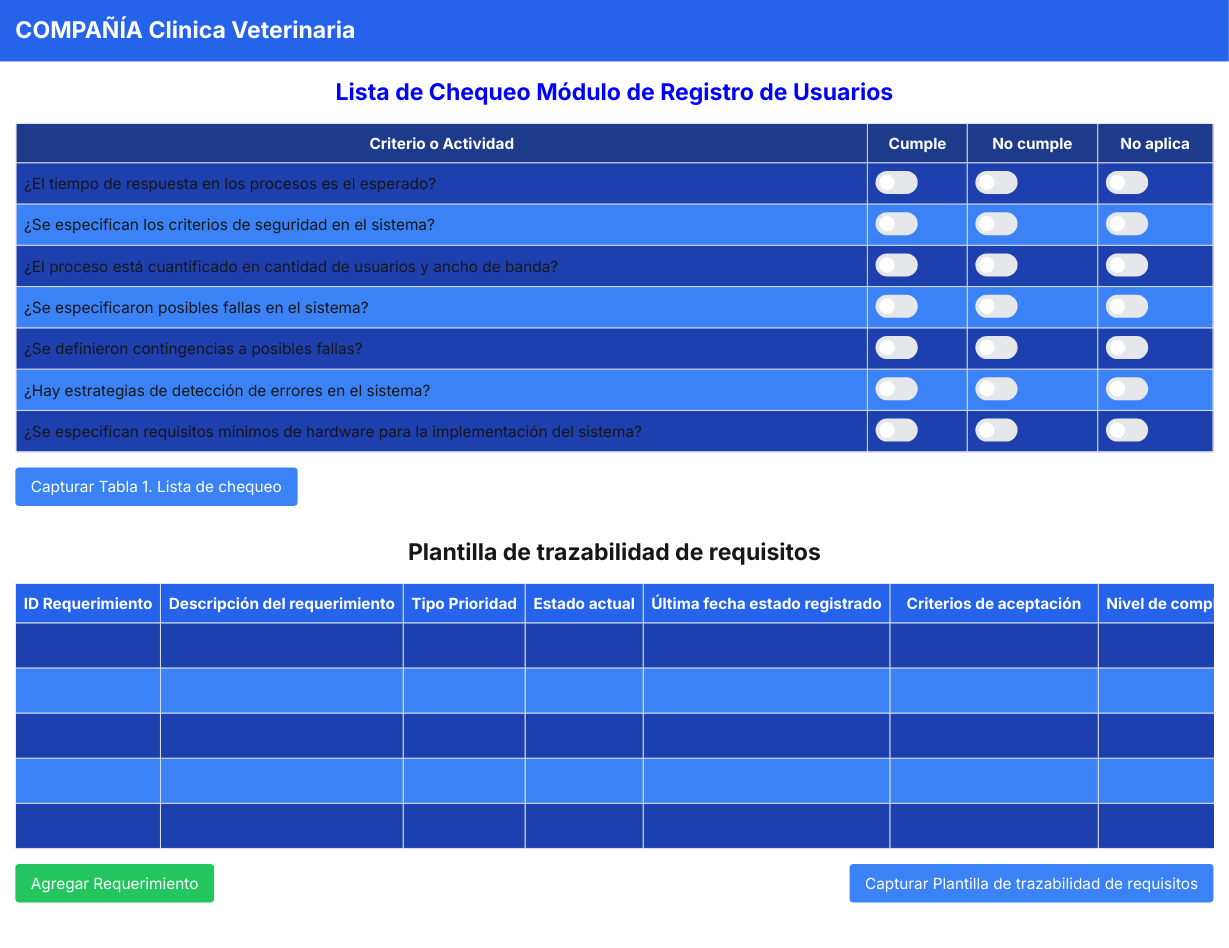
Repository: CiroAlfa/lista-de-Chequeo
Page: /
An editor plug-in stored every save of this project. The page is shown before and after the next save, followed by the edit.
The browser window is 1280 px wide. The pictures show the whole page, at 96% of full size.
The project was rebuilt for these pictures with package versions that can differ from the ones it lists, and the page was loaded fresh each time. The framework's server and built-in components were replaced by stand-ins that run in the browser. Also part of the build but not shown: next.config.mjs.

Above is the page before, as saved 2024-09-27 13:30:12.

### src/app/layout.tsx
import './globals.css'
import type { Metadata } from 'next'
import { Inter } from 'next/font/google'

const inter = Inter({ subsets: ['latin'] })

export const metadata: Metadata = {
  title: 'Checklist App - Clinica Veterinaria',
  description: 'Aplicación de chequeo y trazabilidad de requisitos',
}

export default function RootLayout({
  children,
}: {
  children: React.ReactNode
}) {
  return (
    <html lang="es">
      <body className={inter.className}>
        <header className="bg-blue-600 text-white p-4">
          <h1 className="text-2xl font-bold">COMPAÑÍA Clinica Veterinaria</h1>
        </header>
        {children}
      </body>
    </html>
  )
}

### src/app/page.tsx
'use client'

import { useState } from 'react'
import { Switch } from '@headlessui/react'
import html2canvas from 'html2canvas'

interface ChecklistItem {
  id: number
  criteria: string
  cumple: boolean
  noCumple: boolean
  noAplica: boolean
}

interface RequirementItem {
  id: string
  description: string
  priority: string
  status: string
  lastUpdated: string
  acceptanceCriteria: string
  complexity: string
  deliverables: string
  testScenarios: string
  stakeholder: string
}

const initialChecklist: ChecklistItem[] = [
  { id: 1, criteria: '¿El tiempo de respuesta en los procesos es el esperado?', cumple: false, noCumple: false, noAplica: false },
  { id: 2, criteria: '¿Se especifican los criterios de seguridad en el sistema?', cumple: false, noCumple: false, noAplica: false },
  { id: 3, criteria: '¿El proceso está cuantificado en cantidad de usuarios y ancho de banda?', cumple: false, noCumple: false, noAplica: false },
  { id: 4, criteria: '¿Se especificaron posibles fallas en el sistema?', cumple: false, noCumple: false, noAplica: false },
  { id: 5, criteria: '¿Se definieron contingencias a posibles fallas?', cumple: false, noCumple: false, noAplica: false },
  { id: 6, criteria: '¿Hay estrategias de detección de errores en el sistema?', cumple: false, noCumple: false, noAplica: false },
  { id: 7, criteria: '¿Se especifican requisitos mínimos de hardware para la implementación del sistema?', cumple: false, noCumple: false, noAplica: false },
]

const initialRequirements: RequirementItem[] = Array(5).fill(null).map((_, index) => ({
  id: ``,
  description: '',
  priority: '',
  status: '',
  lastUpdated: '',
  acceptanceCriteria: '',
  complexity: '',
  deliverables: '',
  testScenarios: '',
  stakeholder: '',
}))

export default function Home() {
  const [checklist, setChecklist] = useState<ChecklistItem[]>(initialChecklist)
  const [requirements, setRequirements] = useState<RequirementItem[]>(initialRequirements)

  const handleChecklistChange = (id: number, field: 'cumple' | 'noCumple' | 'noAplica') => {
    setChecklist(checklist.map(item => {
      if (item.id === id) {
        const newItem = { ...item, [field]: !item[field] }
        if (newItem[field]) {
          newItem.cumple = field === 'cumple'
          newItem.noCumple = field === 'noCumple'
          newItem.noAplica = field === 'noAplica'
        }
        return newItem
      }
      return item
    }))
  }

  const handleRequirementChange = (index: number, field: keyof RequirementItem, value: string) => {
    setRequirements(requirements.map((item, i) =>
      i === index ? { ...item, [field]: value } : item
    ))
  }

  const addRequirement = () => {
    setRequirements([...requirements, {
      id: '',
      description: '',
      priority: '',
      status: '',
      lastUpdated: '',
      acceptanceCriteria: '',
      complexity: '',
      deliverables: '',
      testScenarios: '',
      stakeholder: '',
    }])
  }

  const captureScreenshot = async (elementId: string, fileName: string) => {
    const element = document.getElementById(elementId)
    if (element) {
      const canvas = await html2canvas(element)
      const image = canvas.toDataURL('image/png')
      const link = document.createElement('a')
      link.href = image
      link.download = fileName
      link.click()
    }
  }

  return (
    <main className="container mx-auto p-4">
      <div className="mb-8" id="checklist-table">
        <h2 className="text-2xl font-bold mb-4 text-center" style={{ color: 'blue' }}>Lista de Chequeo Módulo de Registro de Usuarios</h2>
        <table className="w-full border-collapse">
          <thead>
            <tr className="bg-blue-900 text-white">
              <th className="border p-2">Criterio o Actividad</th>
              <th className="border p-2">Cumple</th>
              <th className="border p-2">No cumple</th>
              <th className="border p-2">No aplica</th>
            </tr>
          </thead>
          <tbody>
            {checklist.map((item, index) => (
              <tr key={item.id} className={index % 2 === 0 ? 'bg-blue-800' : 'bg-blue-500'}>
                <td className="border p-2">{item.criteria}</td>
                <td className="border p-2">
                  <Switch
                    checked={item.cumple}
                    onChange={() => handleChecklistChange(item.id, 'cumple')}
                    className={`${item.cumple ? 'bg-blue-600' : 'bg-gray-200'} relative inline-flex h-6 w-11 items-center rounded-full`}
                  >
                    <span className={`${item.cumple ? 'translate-x-6' : 'translate-x-1'} inline-block h-4 w-4 transform rounded-full bg-white transition`} />
                  </Switch>
                </td>
                <td className="border p-2">
                  <Switch
                    checked={item.noCumple}
                    onChange={() => handleChecklistChange(item.id, 'noCumple')}
                    className={`${item.noCumple ? 'bg-blue-600' : 'bg-gray-200'} relative inline-flex h-6 w-11 items-center rounded-full`}
                  >
                    <span className={`${item.noCumple ? 'translate-x-6' : 'translate-x-1'} inline-block h-4 w-4 transform rounded-full bg-white transition`} />
                  </Switch>
                </td>
                <td className="border p-2">
                  <Switch
                    checked={item.noAplica}
                    onChange={() => handleChecklistChange(item.id, 'noAplica')}
                    className={`${item.noAplica ? 'bg-blue-600' : 'bg-gray-200'} relative inline-flex h-6 w-11 items-center rounded-full`}
                  >
                    <span className={`${item.noAplica ? 'translate-x-6' : 'translate-x-1'} inline-block h-4 w-4 transform rounded-full bg-white transition`} />
                  </Switch>
                </td>
              </tr>
            ))}
          </tbody>
        </table>
        <button
          onClick={() => captureScreenshot('checklist-table', 'lista-de-chequeo.png')}
          className="mt-4 bg-blue-500 text-white px-4 py-2 rounded hover:bg-blue-600 transition-colors"
        >
          Capturar Tabla 1. Lista de chequeo
        </button>
      </div>

      <div className="mb-8" id="requirements-table">
        <h2 className="text-2xl font-bold mb-4 text-center">Plantilla de trazabilidad de requisitos</h2>
        <div className="overflow-x-auto">
          <table className="w-full border-collapse">
            <thead>
              <tr className="bg-blue-600 text-white">
                <th className="border p-2 whitespace-nowrap">ID Requerimiento</th>
                <th className="border p-2 whitespace-nowrap">Descripción del requerimiento</th>
                <th className="border p-2 whitespace-nowrap">Tipo Prioridad</th>
                <th className="border p-2 whitespace-nowrap">Estado actual</th>
                <th className="border p-2 whitespace-nowrap">Última fecha estado registrado</th>
                <th className="border p-2 whitespace-nowrap">Criterios de aceptación</th>
                <th className="border p-2 whitespace-nowrap">Nivel de complejidad</th>
                <th className="border p-2 whitespace-nowrap">Entregables</th>
                <th className="border p-2 whitespace-nowrap">Escenarios de pruebas</th>
                <th className="border p-2 whitespace-nowrap">Interesado en el requisito</th>
              </tr>
            </thead>
            <tbody>
              {requirements.map((item, index) => (
                <tr key={index} className={index % 2 === 0 ? 'bg-blue-800' : 'bg-blue-500'}>
                  <td className="border p-2">
                    <input
                      type="text"
                      value={item.id}
                      onChange={(e) => handleRequirementChange(index, 'id', e.target.value)}
                      className="w-full bg-transparent min-w-[100px]"
                    />
                  </td>
                  <td className="border p-2">
                    <textarea
                      value={item.description}
                      onChange={(e) => handleRequirementChange(index, 'description', e.target.value)}
                      className="w-full bg-transparent min-w-[200px] resize-none overflow-hidden"
                      rows={1}
                      onInput={(e) => {
                        e.currentTarget.style.height = 'auto'
                        e.currentTarget.style.height = e.currentTarget.scrollHeight + 'px'
                      }}
                    />
                  </td>
                  <td className="border p-2">
                    <input
                      type="text"
                      value={item.priority}
                      onChange={(e) => handleRequirementChange(index, 'priority', e.target.value)}
                      className="w-full bg-transparent min-w-[100px]"
                    />
                  </td>
                  <td className="border p-2">
                    <input
                      type="text"
                      value={item.status}
                      onChange={(e) => handleRequirementChange(index, 'status', e.target.value)}
                      className="w-full bg-transparent min-w-[100px]"
                    />
                  </td>
                  <td className="border p-2">
                    <input
                      type="text"
                      value={item.lastUpdated}
                      onChange={(e) => handleRequirementChange(index, 'lastUpdated', e.target.value)}
                      className="w-full bg-transparent min-w-[100px]"
                    />
                  </td>
                  <td className="border p-2">
                    <textarea
                      value={item.acceptanceCriteria}
                      onChange={(e) => handleRequirementChange(index, 'acceptanceCriteria', e.target.value)}
                      className="w-full bg-transparent min-w-[200px] resize-none overflow-hidden"
                      rows={1}
                      onInput={(e) => {
                        e.currentTarget.style.height = 'auto'
                        e.currentTarget.style.height = e.currentTarget.scrollHeight + 'px'
                      }}
                    />
                  </td>
                  <td className="border p-2">
                    <input
                      type="text"
                      value={item.complexity}
                      onChange={(e) => handleRequirementChange(index, 'complexity', e.target.value)}
                      className="w-full bg-transparent min-w-[100px]"
                    />
                  </td>
                  <td className="border p-2">
                    <textarea
                      value={item.deliverables}
                      onChange={(e) => handleRequirementChange(index, 'deliverables', e.target.value)}
                      className="w-full bg-transparent min-w-[200px] resize-none overflow-hidden"
                      rows={1}
                      onInput={(e) => {
                        e.currentTarget.style.height = 'auto'
                        e.currentTarget.style.height = e.currentTarget.scrollHeight + 'px'
                      }}
                    />
                  </td>
                  <td className="border p-2">
                    <textarea
                      value={item.testScenarios}
                      onChange={(e) => handleRequirementChange(index, 'testScenarios', e.target.value)}
                      className="w-full bg-transparent min-w-[200px] resize-none overflow-hidden"
                      rows={1}
                      onInput={(e) => {
                        e.currentTarget.style.height = 'auto'
                        e.currentTarget.style.height = e.currentTarget.scrollHeight + 'px'
                      }}
                    />
                  </td>
                  <td className="border p-2">
                    <input
                      type="text"
                      value={item.stakeholder}
                      onChange={(e) => handleRequirementChange(index, 'stakeholder', e.target.value)}
                      className="w-full bg-transparent min-w-[100px]"
                    />
                  </td>
                </tr>
              ))}
            </tbody>
          </table>
        </div>
        <div className="mt-4 flex justify-between">
          <button
            onClick={addRequirement}
            className="bg-green-500 text-white px-4 py-2 rounded hover:bg-green-600 transition-colors"
          >
            Agregar Requerimiento
          </button>
          <button
            onClick={() => captureScreenshot('requirements-table', 'plantilla-trazabilidad-requisitos.png')}
            className="bg-blue-500 text-white px-4 py-2 rounded hover:bg-blue-600 transition-colors"
          >
            Capturar Plantilla de trazabilidad de requisitos
          </button>
        </div>
      </div>
    </main>
  )
}

Loaded but not shown: src/app/globals.css (common file); tailwind.config.ts (common file)

After the next save:
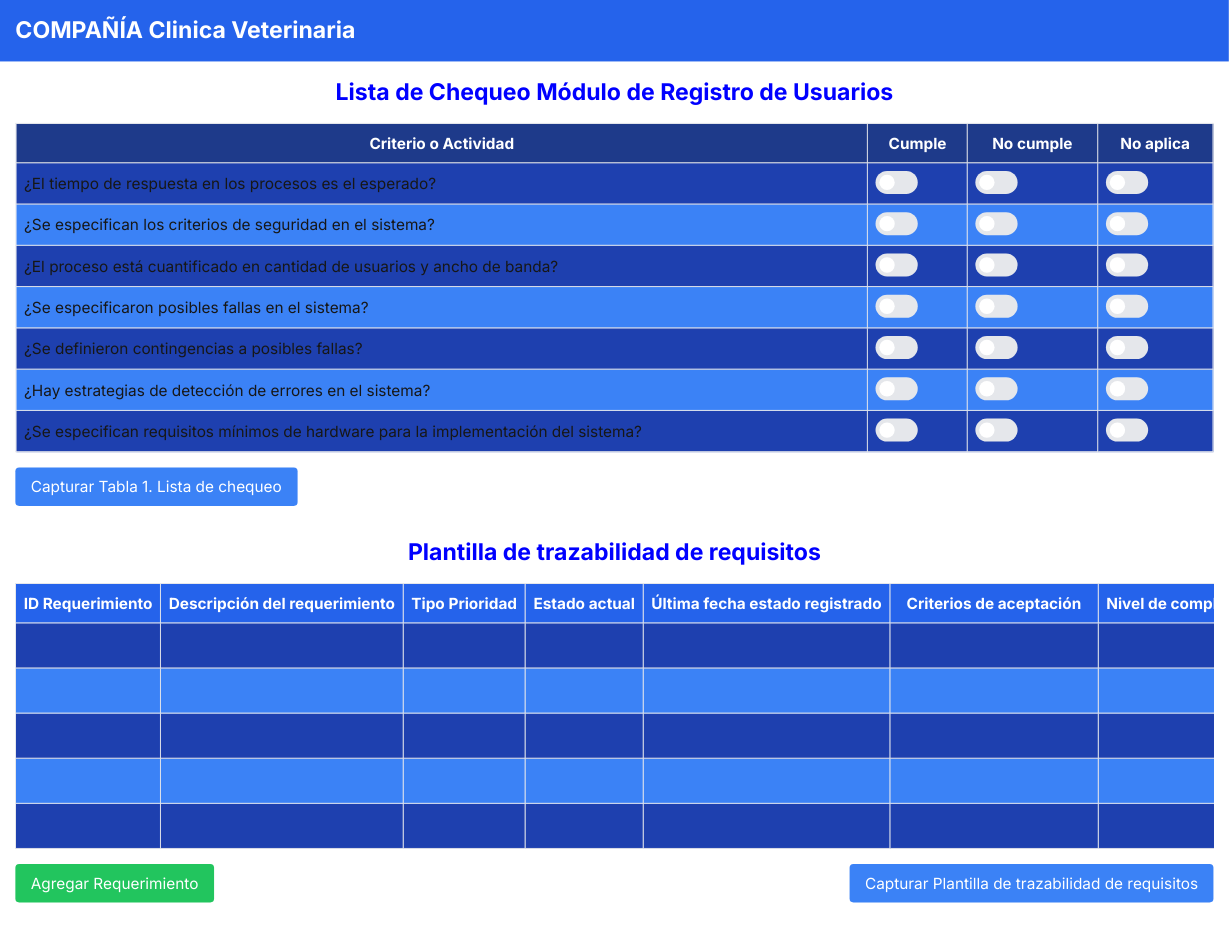
Saved 71 s later.
--- a/src/app/page.tsx
+++ b/src/app/page.tsx
@@ -157,7 +157,7 @@ export default function Home() {
       </div>
 
       <div className="mb-8" id="requirements-table">
-        <h2 className="text-2xl font-bold mb-4 text-center">Plantilla de trazabilidad de requisitos</h2>
+        <h2 className="text-2xl font-bold mb-4 text-center" style={{ color: 'blue' }}>Plantilla de trazabilidad de requisitos</h2>
         <div className="overflow-x-auto">
           <table className="w-full border-collapse">
             <thead>
